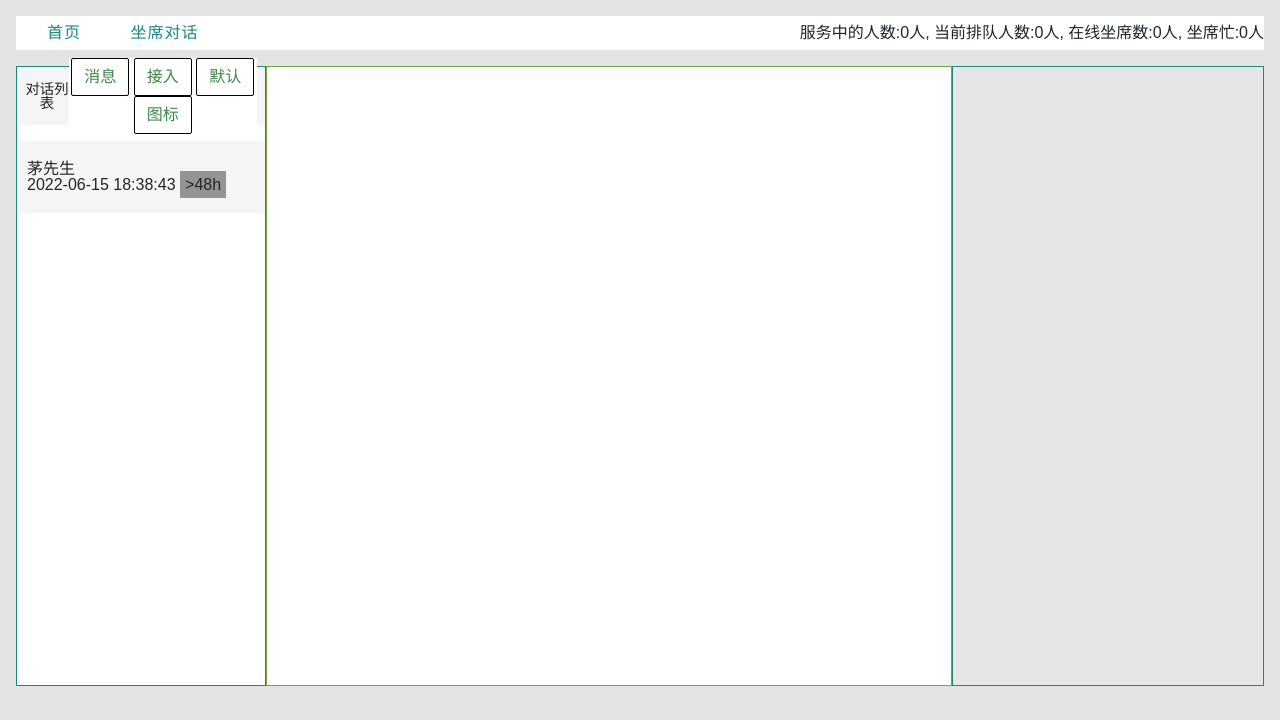
Repository: 8ecomeDreamer/personal_task
Page: html5_responsive_layout/project/src/html/index.html
The author's editor kept a copy of each file at every save. The page is drawn from the files as they stood at one save, then again after the next save.
The browser window is 1280 px wide. The pictures show the whole page.
The style sheet was rebuilt from its Sass, Less or Tailwind sources for each picture, by a compiler version that may differ from the author's.

Above is the page before, as saved 2022-11-07 20:11:46.

### html5_responsive_layout/project/src/html/index.html
<!DOCTYPE html>
<html lang="en">

<head>
    <meta charset="UTF-8">
    <meta http-equiv="X-UA-Compatible" content="IE=edge">
    <meta name="viewport" content="width=device-width, initial-scale=1.0">
    <title>index</title>
    <link href="https://cdn.jsdelivr.net/npm/bootstrap@5.2.2/dist/css/bootstrap.min.css" rel="stylesheet"
        integrity="sha384-Zenh87qX5JnK2Jl0vWa8Ck2rdkQ2Bzep5IDxbcnCeuOxjzrPF/et3URy9Bv1WTRi" crossorigin="anonymous">
    <link rel="stylesheet" type="text/css" href="../css/index.css" />

</head>

<body>
    <div class="wrapper">
        <header class="header">
            <div class="left">
                <div class="OptionsPage">
                    <i></i>
                    <span>首页</span>
                </div>
                <div class="OptionsPage">
                    <i></i>
                    <span>坐席对话</span>
                </div>
            </div>
            <div class="right">
                <div class="detailsInfo">
                    <span>服务中的人数:<span>0</span>人,</span>
                </div>
                <div class="detailsInfo">
                    <span>当前排队人数:<span>0</span>人,</span>
                </div>
                <div class="detailsInfo">
                    <span>在线坐席数:<span>0</span>人,</span>
                </div>
                <div class="detailsInfo">
                    <span>坐席忙:<span>0</span>人</span>
                </div>
            </div>
        </header>
        <main class="main">
            <aside class="aside left">
                <div class="header">
                    <span>对话列表</span>
                    <div class="btns">
                        <button class="btn msg">消息</button>
                        <button class="btn switch">接入</button>
                        <button class="btn default">默认</button>
                        <button class="btn">图标</button>
                    </div>
                </div>
                <div class="content">
                    <div class="item">
                        <div class="avatar"></div>
                        <div class="info">
                            <p class="userName">茅先生</p>
                            <p class="time">
                                <span >2022-06-15</span>
                                <span >18:38:43</span>
                                <span >>48h</span>
                            </p>
                        </div>
                    </div>
                </div>
            </aside>
            <section class="section"></section>
            <aside class="aside right"></aside>
        </main>
    </div>
</body>

</html>
<!-- 引入less -->
<script src="../js/less.min.js"></script>
<!-- 引入bootstrap -->
<script src="https://cdn.jsdelivr.net/npm/bootstrap@5.2.2/dist/js/bootstrap.bundle.min.js"
    integrity="sha384-OERcA2EqjJCMA+/3y+gxIOqMEjwtxJY7qPCqsdltbNJuaOe923+mo//f6V8Qbsw3"
    crossorigin="anonymous"></script>

### html5_responsive_layout/project/src/css/index.less
@import "./reset.css";

@header:5%;

.wrapper {
    width: 100vw;
    height: 100vh;
    background: #e4e4e4;
    padding: 1rem;
    overflow: hidden;
    .header,.main{
        // border: 1px solid red;
        width: 100%;
    }
    .header{
        height: @header;
        margin-bottom: 1rem;
        display: flex;
        justify-content: space-between;
        align-items: center;
        background: white;
        .OptionsPage{
            display: inline-block;
            // background: red;
            width: 6rem;
            text-align: center;
            color: #18897a;
            letter-spacing: 1px;
        }
        .detailsInfo{
            display: inline-block;
        }
    }
    .main{
        height: calc(~"100% - 2*@{header}");
        background: white;
        display: flex;

        // height: 90px;
        .aside{
            height: 100%;
            border: 1px solid #18897a;
        }
        .section{
            width: 55%;
            border: 1px solid #72a345;
            height: 100%;
        }
        .aside.left{
            width: 20%;
            .header{
                width: 100%;
                background: #f5f5f5;
                text-align: center;
                padding: 1.8rem .5rem;
                span{
                    font-size: .9rem;
                }
                .btns{
                    display: inline-block ;
                    background: white;
                    .btn{
                        color: #41864a;
                        border: 1px solid black;
                        border-radius: 2px;
                        // width: 1rem;
                        // height: 2rem;
                        .msg{
                            margin-right: 0;
                        }
                        .switch,.default{
                            margin-left: 0;
                            margin-right: 0;
                        }
                    }
                }
            }
            .content{
                background: #f5f5f5;
                padding-left: 10px;
                .item{
                    padding: 20px 0;
                    .info{
                        .time{
                            span{
                                &:nth-child(3){
                                    padding: 5px;
                                    background: #949494;
                                }
                            }

                        }
                    }
                }
            }
        }
        .aside.right{
            width: 25%;
            background: #e6e6e6;
        }
    }
}

### H5mban/H5mban/assets/css/reset.less
html, body, div, span, applet, object, iframe,
h1, h2, h3, h4, h5, h6, p, blockquote, pre,
a, abbr, acronym, address, big, cite, code,
del, dfn, em, img, ins, kbd, q, s, samp,
small, strike, strong, sub, sup, tt, var,
b, u, i, center,
dl, dt, dd, ol, ul, li,
fieldset, form, label, legend,
table, caption, tbody, tfoot, thead, tr, th, td,
article, aside, canvas, details, embed,
figure, figcaption, footer, header, hgroup,
menu, nav, output, ruby, section, summary,
time, mark, audio, video{
  margin: 0;
  padding: 0;
  border: 0;
  font-size: 100%;
  font: inherit;
  font-weight: normal;
  vertical-align: baseline;
}
/* HTML5 display-role reset for older browsers */
article, aside, details, figcaption, figure,
footer, header, hgroup, menu, nav, section{
  display: block;
}
ol, ul, li{
  list-style: none;
}
blockquote, q{
  quotes: none;
}
blockquote:before, blockquote:after,
q:before, q:after{
  content: '';
  content: none;
}
table{
  border-collapse: collapse;
  border-spacing: 0;
}

/* custom */
a{
  color: #7e8c8d;
  text-decoration: none;
  -webkit-backface-visibility: hidden;
}
::-webkit-scrollbar{
  width: 5px;
  height: 5px;
}
::-webkit-scrollbar-track-piece{
  background-color: rgba(0, 0, 0, 0.2);
  -webkit-border-radius: 6px;
}
::-webkit-scrollbar-thumb:vertical{
  height: 5px;
  background-color: rgba(125, 125, 125, 0.7);
  -webkit-border-radius: 6px;
}
::-webkit-scrollbar-thumb:horizontal{
  width: 5px;
  background-color: rgba(125, 125, 125, 0.7);
  -webkit-border-radius: 6px;
}
html, body{
  width: 100%;
  font-family: "Arial", "Microsoft YaHei", "黑体", "宋体", "微软雅黑", sans-serif;
}
body{
  line-height: 1;
  -webkit-text-size-adjust: none;
  -webkit-tap-highlight-color: rgba(0, 0, 0, 0);
}
html{
  overflow-y: scroll;
}

/*清除浮动*/
.clearfix:before,
.clearfix:after{
  content: " ";
  display: inline-block;
  height: 0;
  clear: both;
  visibility: hidden;
}
.clearfix{
  *zoom: 1;
}

/*隐藏*/
.dn{
  display: none;
}

Loaded but not shown: html5_responsive_layout/project/src/js/less.min.js (library)

After the next save:
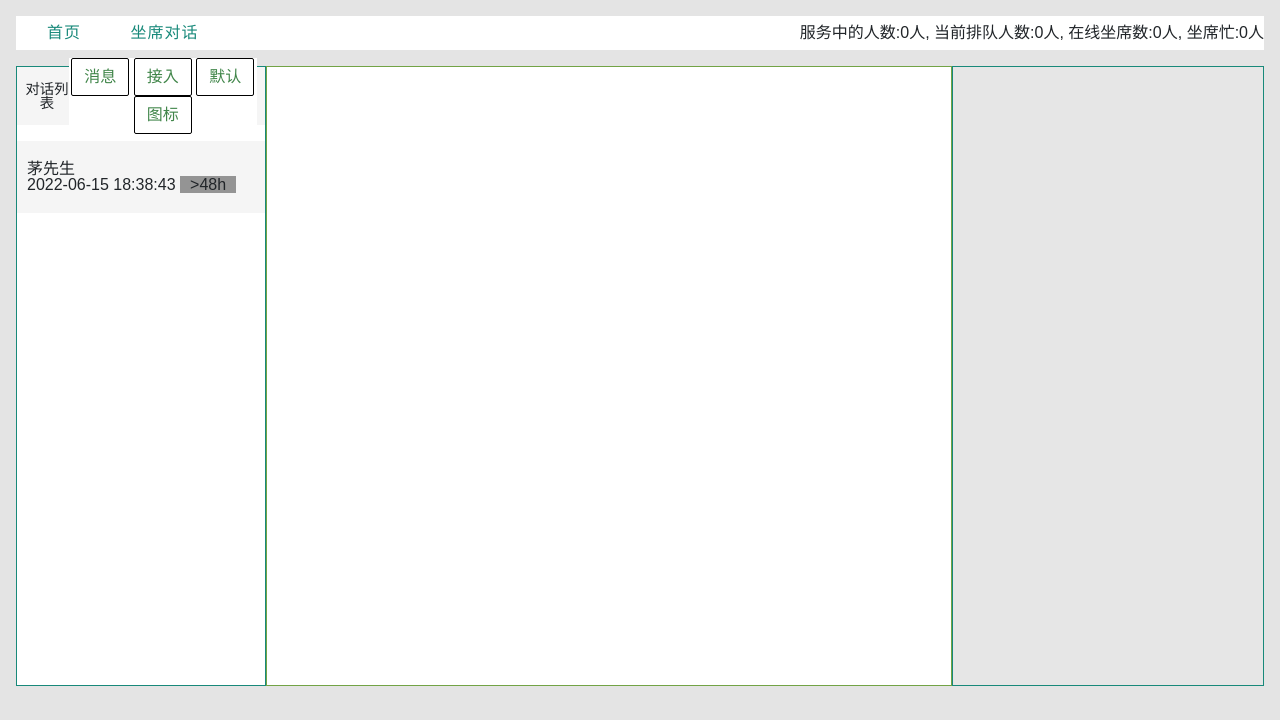
Saved 12 s later.
--- a/html5_responsive_layout/project/src/css/index.less
+++ b/html5_responsive_layout/project/src/css/index.less
@@ -84,7 +84,7 @@
                         .time{
                             span{
                                 &:nth-child(3){
-                                    padding: 5px;
+                                    padding: 0 10px;
                                     background: #949494;
                                 }
                             }
